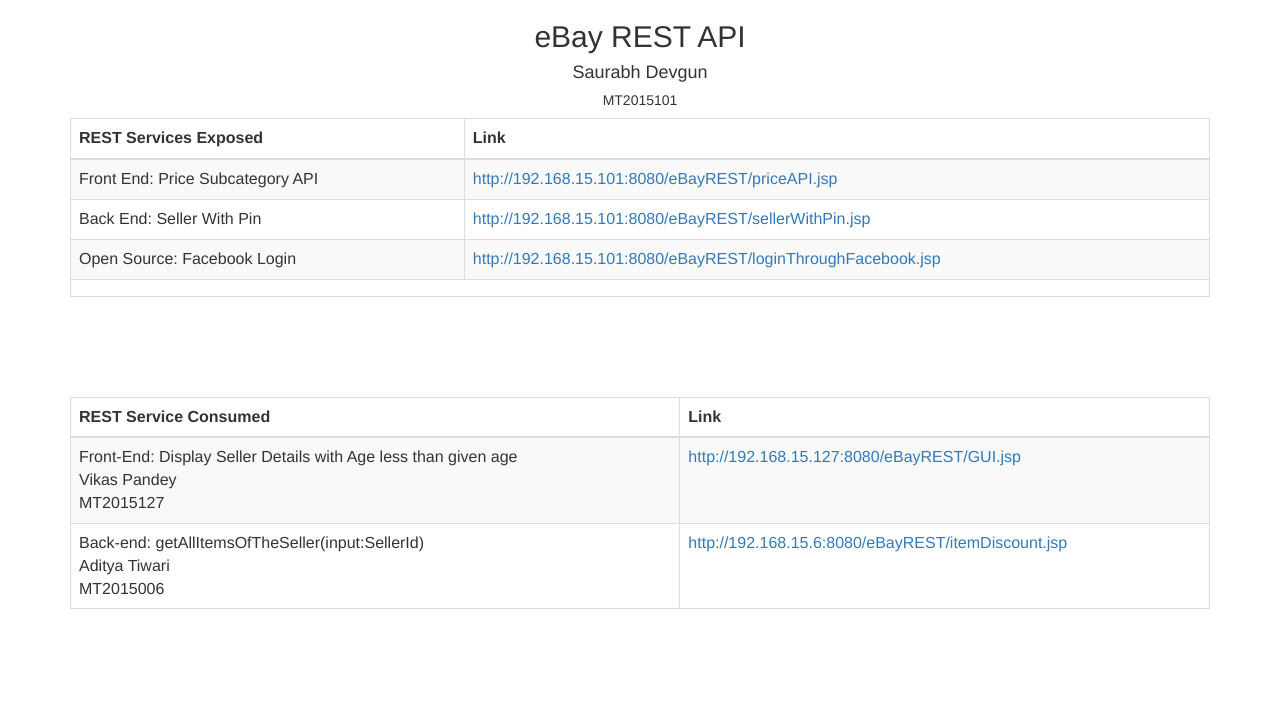
Repository: saurabh-devgun-iiitb/RESTProject
Page: http://localhost/eBayREST/
An editor plug-in stored every save of this project. The page is shown before and after the next save, followed by the edit.
The browser window is 1280 px wide. The pictures show the whole page.
The page is served by Tomcat 9. Other server files are loaded and not shown.

Above is the page before, as saved 2016-07-23 06:14:12.

### eBayREST/WebContent/index.jsp
<html>
<head>
  <meta name="viewport" content="width=device-width, initial-scale=1">
  <link rel="stylesheet" href="http://maxcdn.bootstrapcdn.com/bootstrap/3.3.6/css/bootstrap.min.css">
  <script src="https://ajax.googleapis.com/ajax/libs/jquery/1.12.4/jquery.min.js"></script>
  <script src="http://maxcdn.bootstrapcdn.com/bootstrap/3.3.6/js/bootstrap.min.js"></script>
</head>
<body>
	<div align="center">
	    <h2>eBay REST API</h2>
	    <h4>Saurabh Devgun</h4>
	    <h5>MT2015101</h5>
    </div>
    <div class = "container">
    <table class="table table-hover table-striped table-bordered">
      <thead>
        <tr>
          <th>REST Services Exposed</th>
          <th>Link</th>
        </tr>
      </thead>
      <tbody>
        <tr>
          <td>Front End: Price Subcategory API</td>
          <td><a href="priceAPI.jsp">http://192.168.15.101:8080/eBayREST/priceAPI.jsp</a></td>
        </tr>
        <tr>
          <td>Back End: Seller With Pin</td>
          <td><a href="sellerWithPin.jsp">http://192.168.15.101:8080/eBayREST/sellerWithPin.jsp</a></td>
        </tr>
        <tr>
          <td>Open Source: Facebook Login</td>
          <td><a href="loginThroughFacebook.jsp">http://192.168.15.101:8080/eBayREST/loginThroughFacebook.jsp</a></td>
        </tr>
        <tr>
        	<td colspan="2" style="border-width:0px"></td>
        </tr>
      </tbody>
    </table>
    </div>
    <br><br><br><br>
    <div class="container">
    	<table class="table table-hover table-striped table-bordered">
      <thead>
        <tr>
          <th>REST Service Consumed</th>
          <th>Link</th>
        </tr>
      </thead>
      <tbody>
        <tr>
          <td>Front-End: Display Seller Details with Age less than given age<br>Vikas Pandey<br>MT2015127</td>
          <td><a href="http://192.168.15.127:8080/eBayREST/GUI.jsp">http://192.168.15.127:8080/eBayREST/GUI.jsp</a></td>
        </tr>
        <tr>
          <td>Back-end: getAllItemsOfTheSeller(input:SellerId)<br>Aditya Tiwari<br>MT2015006</td>
          <td><a href="http://192.168.15.6:8080/eBayREST/itemDiscount.jsp">http://192.168.15.6:8080/eBayREST/itemDiscount.jsp</a></td>
        </tr>
      </tbody>
    </table>
    </div>
    <!--
    <p><a href="priceAPI.jsp">Price API</a></p>
    <p><a href="loginThroughFacebook.jsp">Login through Facebook</a></p>
    <p><a href="sellerWithPin.jsp">Get Sellers In City with pin</a></p>
    -->
</body>
</html>

After the next save:
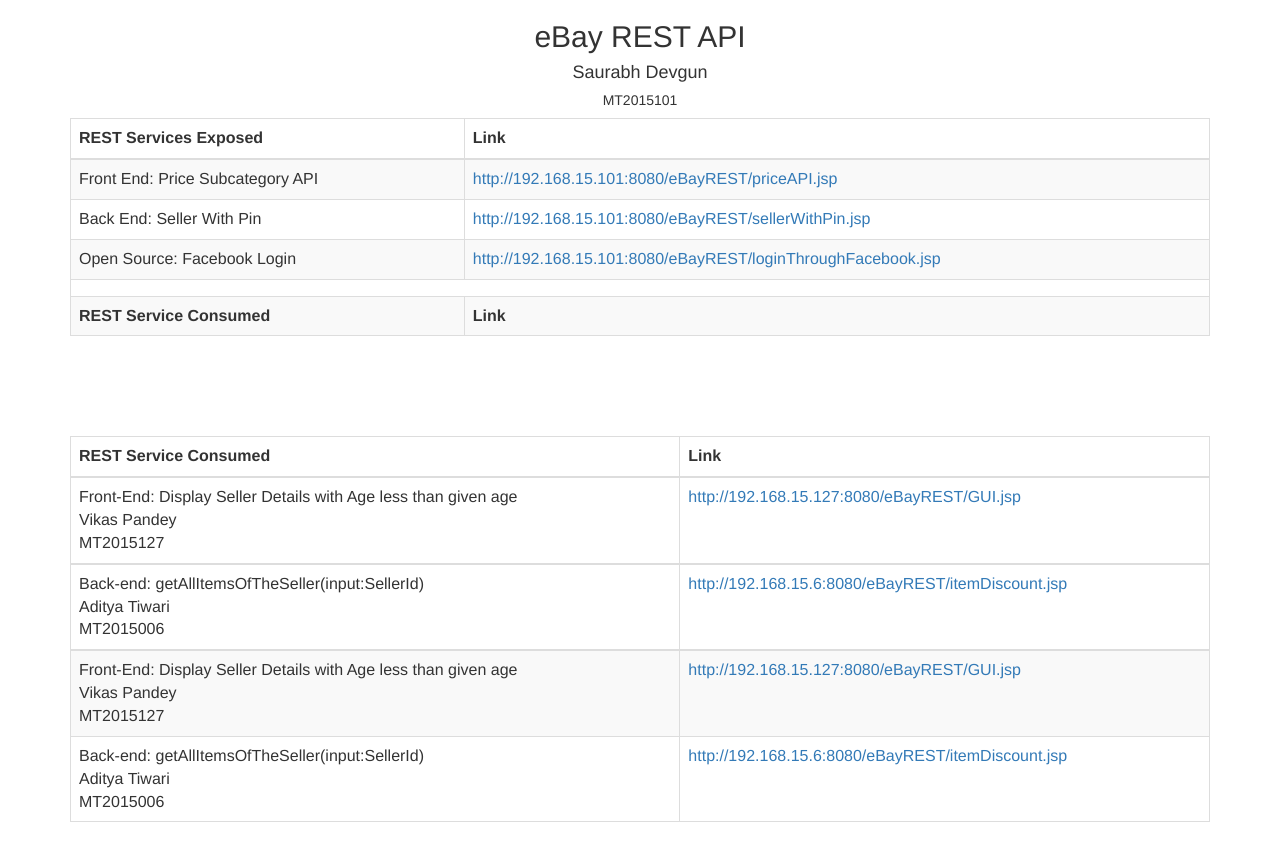
Saved 39 s later.
--- a/eBayREST/WebContent/index.jsp
+++ b/eBayREST/WebContent/index.jsp
@@ -35,6 +35,10 @@
         <tr>
         	<td colspan="2" style="border-width:0px"></td>
         </tr>
+        <tr>
+          <th>REST Service Consumed</th>
+          <th>Link</th>
+        </tr>
       </tbody>
     </table>
     </div>
@@ -45,6 +49,14 @@
         <tr>
           <th>REST Service Consumed</th>
           <th>Link</th>
+        </tr>
+        <tr>
+          <td>Front-End: Display Seller Details with Age less than given age<br>Vikas Pandey<br>MT2015127</td>
+          <td><a href="http://192.168.15.127:8080/eBayREST/GUI.jsp">http://192.168.15.127:8080/eBayREST/GUI.jsp</a></td>
+        </tr>
+        <tr>
+          <td>Back-end: getAllItemsOfTheSeller(input:SellerId)<br>Aditya Tiwari<br>MT2015006</td>
+          <td><a href="http://192.168.15.6:8080/eBayREST/itemDiscount.jsp">http://192.168.15.6:8080/eBayREST/itemDiscount.jsp</a></td>
         </tr>
       </thead>
       <tbody>
